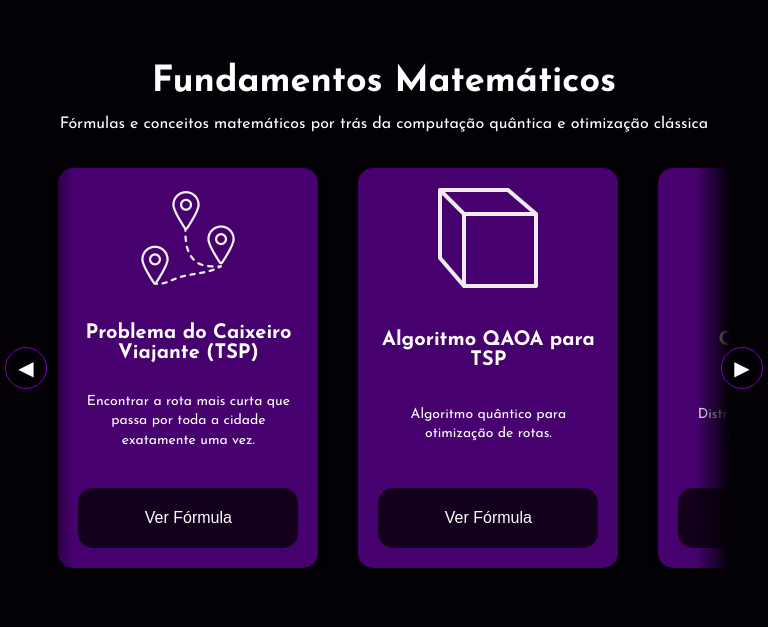
Repository: Everson9/Projeto-de-escalabilidade-quantica-definitivo
Page: fundamentos.html
An editor plug-in stored every save of this project. The page is shown before and after the next save, followed by the edit.
The browser window is 768 px wide. The pictures show the whole page.

Above is the page before, as saved 2025-10-01 10:24:47.
Not found: script.js

### fundamentos.html
<!DOCTYPE html>
<html lang="pt-br">
<head>
    <meta charset="UTF-8">
    <meta name="viewport" content="width=device-width, initial-scale=1.0">
    <title>Fundamentos Matemáticos</title>
    <link rel="stylesheet" href="fundamentos.css">
    <link href="https://fonts.googleapis.com/css2?family=Josefin+Sans:wght@400;700&display=swap" rel="stylesheet">
</head>
<body>

    <div class="fundamentos-matematicos">
        <h1>Fundamentos Matemáticos</h1>
        <p>Fórmulas e conceitos matemáticos por trás da computação quântica e otimização clássica</p>
    </div>

    <!-- Wrapper para o carrossel e as setas -->
    <div class="carousel-wrapper">
        <!-- Seta Esquerda -->
        <div id="prev-btn" class="carousel-btn">&#9664;</div>

        <!-- Container do Carrossel -->
        <div class="carousel-container">
            <div class="carousel-track">
                <!-- Cards Originais (Apenas os 4 originais são necessários, o JS cuidará da clonagem ) -->
                <div class="formula_1">
                    <img src="imgs_icones/CaixeiroViajante.png" alt="Ícone do Problema do Caixeiro Viajante">
                    <h4>Problema do Caixeiro Viajante (TSP)</h4>
                    <p>Encontrar a rota mais curta que passa por toda a cidade exatamente uma vez.</p>
                    <button class="button"><a href="caixeiroviajante.html">Ver Fórmula</a></button>
                </div>
                <div class="formula_1">
                    <img src="imgs_icones/QAOA.png" alt="Ícone do Algoritmo QAOA">
                    <h4>Algoritmo QAOA para TSP</h4>
                    <p>Algoritmo quântico para otimização de rotas.</p>
                    <button class="button"><a href="AlgoritmoQAOA.html">Ver Fórmula</a></button>
                </div>
                <div class="formula_1">
                    <img src="imgs_icones/OtimizacaoPortfolio.png" alt="Ícone de Otimização de Portfólio">
                    <h4>Otimização de Portfólio</h4>
                    <p>Distribuir investimentos para maximizar retornos.</p>
                    <button class="button"><a href="Portifolio.html">Ver Fórmula</a></button>
                </div>
                <div class="formula_1">
                    <img src="imgs_icones/ComplexidadeComputacional.png" alt="Ícone de Complexidade Computacional">
                    <h4>Complexidade Computacional</h4>
                    <p>Resolver problemas que crescem com muitos elementos.</p>
                    <button class="button"><a href="Complexidade.html">Ver Fórmula</a></button>
                </div>
            </div>
        </div>

        <!-- Seta Direita -->
        <div id="next-btn" class="carousel-btn">&#9654;</div>
    </div>

    <!-- NOVO: Container para os indicadores (pontos) -->
    <div class="carousel-indicators"></div>

    <!-- Adicionando o arquivo JavaScript -->
    <script src="script.js"></script>

</body>
</html>

### fundamentos.css
body {
    background-color: #030105;
    font-family: 'Josefin Sans', sans-serif;
    color: #fff;
    margin: 0;
    padding: 0;
    display: flex;
    flex-direction: column;
    align-items: center;
    justify-content: flex-start;
    text-decoration: none;
    overflow-x: hidden; /* Esconde a barra de rolagem horizontal */
}

.fundamentos-matematicos {
    text-align: center;
    color: white;
    margin-top: 40px;
    margin-bottom: 20px;
}

h1 {
    font-size: 36px;
    margin-bottom: 10px;
}

/* Estilos dos Cards */
.formula_1 {
    width: 240px;
    height: 380px;
    background-color: #7703BA96;
    border-radius: 15px;
    padding: 20px;
    display: flex;
    flex-direction: column;
    justify-content: space-between;
    box-shadow: 0 4px 8px rgba(0, 0, 0, 0.2);
    margin: 0 20px; /* Espaçamento entre os cards */
    flex-shrink: 0; /* Impede que os cards encolham */
}

.formula_1 h4 {
    font-size: 20px;
    margin-bottom: 10px;
    text-align: center;
}

.formula_1 img {
    width: 100px;
    height: 100px;
    margin: 0 auto;
}

.formula_1 p {
    text-align: center;
    font-size: 14px;
    line-height: 1.4;
    margin-top: 10px;
}

.button {
    background-color: #030105C2;
    border: none;
    padding: 10px;
    color: white;
    font-size: 16px;
    text-align: center;
    height: 60px;
    border-radius: 15px;
    cursor: pointer;
    text-decoration: none;
    margin-top: 15px;
    transition: background-color 0.3s;
}

.button a {
    text-decoration: none;
    color: white;
    display: block;
    line-height: 40px;     /* Centraliza o texto verticalmente dentro do botão (ajuste se a altura do botão mudar) */
}

.button:hover a{
    background-color: #ffffffc2;
    color: #030105;
}

/* --- Novas Classes para o Carrossel --- */

.carousel-wrapper {
    position: relative; /* Necessário para posicionar as setas */
    width: 100%;
    display: flex;
    align-items: center;
    justify-content: center;
}

.carousel-container {
    width: 80%; /* Ajuste a largura conforme necessário */
    overflow: hidden;
    -webkit-mask-image: linear-gradient(to right, transparent, black 5%, black 95%, transparent);
    mask-image: linear-gradient(to right, transparent, black 5%, black 95%, transparent);
}

.carousel-track {
    display: flex;
    /* Removemos a animação automática */
    transition: transform 0.5s ease-in-out; /* Adiciona uma transição suave */
}

.carousel-btn {
    position: absolute;
    top: 50%;
    transform: translateY(-50%) rotate(0deg);;
    background-color: rgba(3, 1, 5, 0.8);
    color: white;
    border: 1px solid #7703BA;
    border-radius: 50%;
    width: 50px;
    height: 50px;
    display: flex;
    align-items: center;
    justify-content: center;
    font-size: 24px;
    cursor: pointer;
    z-index: 10;
    transition: background-color 0.3s, transform 0.2s;
}

.carousel-btn:hover {
    background-color: #7703BA;
    transform: translateY(-50%) rotate(180deg); /* Girando 180 graus */
}

#prev-btn {
    left: 20px; /* Posição da seta esquerda */
}

#next-btn {
    right: 20px; /* Posição da seta direita */
}

/* --- Estilos para os Indicadores (Pontos) --- */
.carousel-indicators {
    display: flex;
    justify-content: center;
    margin-top: 20px;
}

.indicator-dot {
    width: 12px;
    height: 12px;
    border-radius: 50%;
    background-color: #777;
    margin: 0 5px;
    cursor: pointer;
    transition: background-color 0.3s ease;
}

.indicator-dot.active {
    background-color: #7703BA; /* Cor roxa para o ponto ativo */
}

/* --- Ajuste para a funcionalidade de arrastar --- */
.carousel-track.grabbing {
    cursor: grabbing; /* Muda o cursor enquanto o usuário arrasta */
}

.carousel-track.grabbing .formula_1 {
    pointer-events: none; /* Impede que links/botões sejam clicados durante o arrasto */
}

/* --- Media Query para Responsividade --- */
@media (max-width: 768px) {
    .carousel-container {
        width: 90%; /* Ocupa mais espaço em telas menores */
    }

    .carousel-btn {
        width: 40px;
        height: 40px;
        font-size: 20px;
    }

    #prev-btn {
        left: 5px; /* Aproxima as setas das bordas */
    }

    #next-btn {
        right: 5px;
    }

    .formula_1 {
        /* Opcional: reduzir um pouco o tamanho dos cards em telas muito pequenas */
        width: 220px;
        height: 360px;
    }
}

After the next save:
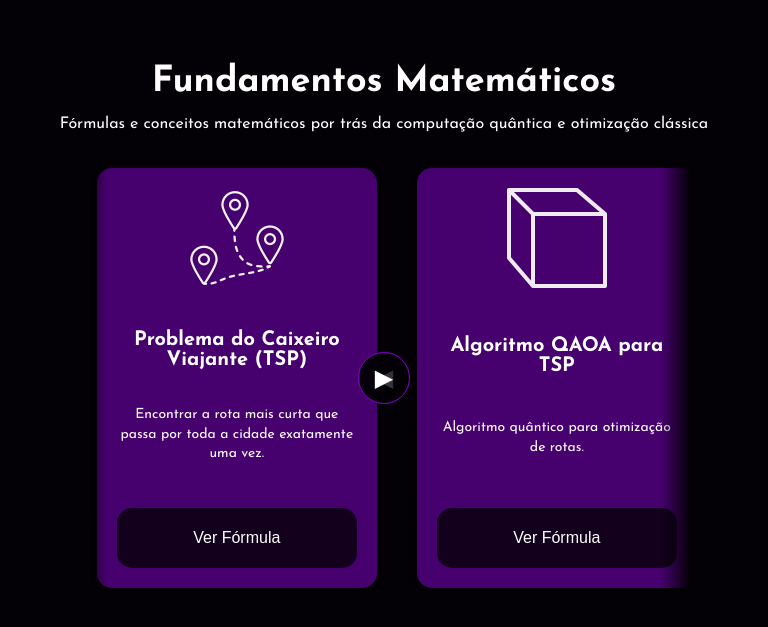
Saved 44 s later.
--- a/fundamentos.css
+++ b/fundamentos.css
@@ -131,68 +131,3 @@
     background-color: #7703BA;
     transform: translateY(-50%) rotate(180deg); /* Girando 180 graus */
 }
-
-#prev-btn {
-    left: 20px; /* Posição da seta esquerda */
-}
-
-#next-btn {
-    right: 20px; /* Posição da seta direita */
-}
-
-/* --- Estilos para os Indicadores (Pontos) --- */
-.carousel-indicators {
-    display: flex;
-    justify-content: center;
-    margin-top: 20px;
-}
-
-.indicator-dot {
-    width: 12px;
-    height: 12px;
-    border-radius: 50%;
-    background-color: #777;
-    margin: 0 5px;
-    cursor: pointer;
-    transition: background-color 0.3s ease;
-}
-
-.indicator-dot.active {
-    background-color: #7703BA; /* Cor roxa para o ponto ativo */
-}
-
-/* --- Ajuste para a funcionalidade de arrastar --- */
-.carousel-track.grabbing {
-    cursor: grabbing; /* Muda o cursor enquanto o usuário arrasta */
-}
-
-.carousel-track.grabbing .formula_1 {
-    pointer-events: none; /* Impede que links/botões sejam clicados durante o arrasto */
-}
-
-/* --- Media Query para Responsividade --- */
-@media (max-width: 768px) {
-    .carousel-container {
-        width: 90%; /* Ocupa mais espaço em telas menores */
-    }
-
-    .carousel-btn {
-        width: 40px;
-        height: 40px;
-        font-size: 20px;
-    }
-
-    #prev-btn {
-        left: 5px; /* Aproxima as setas das bordas */
-    }
-
-    #next-btn {
-        right: 5px;
-    }
-
-    .formula_1 {
-        /* Opcional: reduzir um pouco o tamanho dos cards em telas muito pequenas */
-        width: 220px;
-        height: 360px;
-    }
-}

After the save that followed:
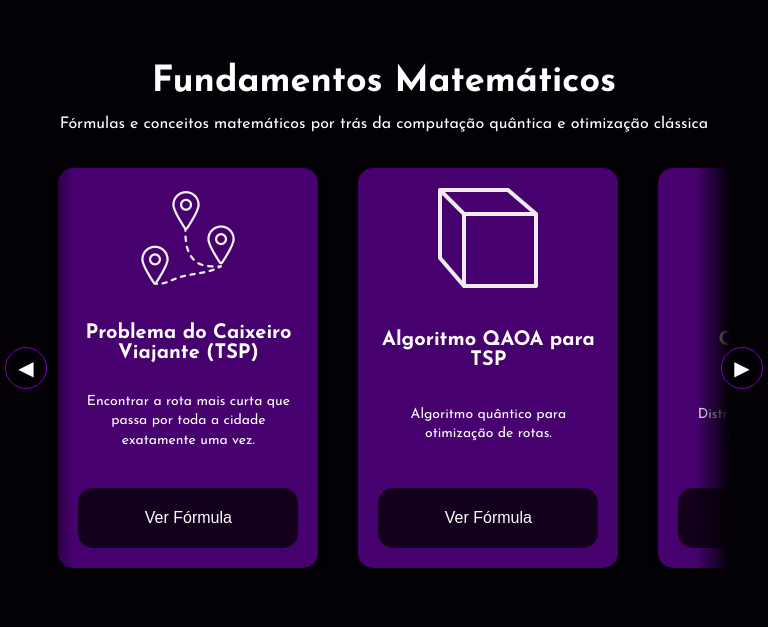
Saved 15 s later.
--- a/fundamentos.css
+++ b/fundamentos.css
@@ -131,3 +131,68 @@
     background-color: #7703BA;
     transform: translateY(-50%) rotate(180deg); /* Girando 180 graus */
 }
+
+#prev-btn {
+    left: 20px; /* Posição da seta esquerda */
+}
+
+#next-btn {
+    right: 20px; /* Posição da seta direita */
+}
+
+/* --- Estilos para os Indicadores (Pontos) --- */
+.carousel-indicators {
+    display: flex;
+    justify-content: center;
+    margin-top: 20px;
+}
+
+.indicator-dot {
+    width: 12px;
+    height: 12px;
+    border-radius: 50%;
+    background-color: #777;
+    margin: 0 5px;
+    cursor: pointer;
+    transition: background-color 0.3s ease;
+}
+
+.indicator-dot.active {
+    background-color: #7703BA; /* Cor roxa para o ponto ativo */
+}
+
+/* --- Ajuste para a funcionalidade de arrastar --- */
+.carousel-track.grabbing {
+    cursor: grabbing; /* Muda o cursor enquanto o usuário arrasta */
+}
+
+.carousel-track.grabbing .formula_1 {
+    pointer-events: none; /* Impede que links/botões sejam clicados durante o arrasto */
+}
+
+/* --- Media Query para Responsividade --- */
+@media (max-width: 768px) {
+    .carousel-container {
+        width: 90%; /* Ocupa mais espaço em telas menores */
+    }
+
+    .carousel-btn {
+        width: 40px;
+        height: 40px;
+        font-size: 20px;
+    }
+
+    #prev-btn {
+        left: 5px; /* Aproxima as setas das bordas */
+    }
+
+    #next-btn {
+        right: 5px;
+    }
+
+    .formula_1 {
+        /* Opcional: reduzir um pouco o tamanho dos cards em telas muito pequenas */
+        width: 220px;
+        height: 360px;
+    }
+}
